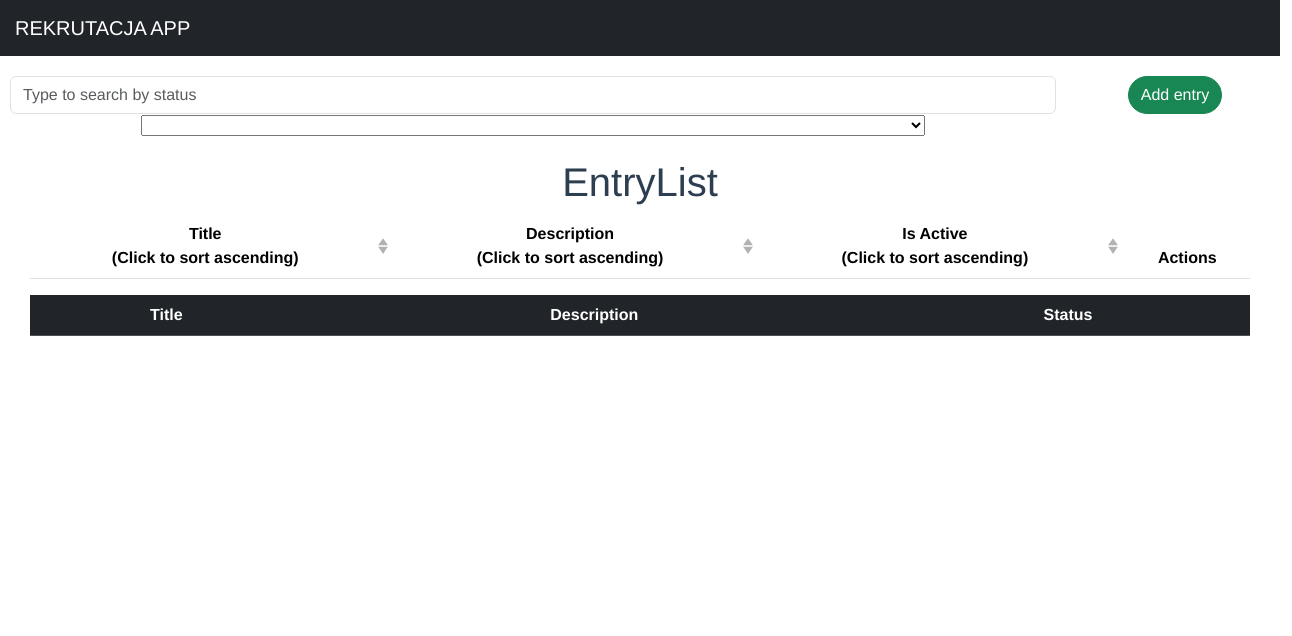
Repository: Madaless/vue_elastic
Page: / (app in vuejsapp/crudapp/)
An editor plug-in stored every save of this project. The page is shown before and after the next save, followed by the edit.
The browser window is 1280 px wide. The page is 1292 px wide, so the pictures cover 1292 px, including what lies to the right of the window. The pictures show the whole page.
The page's requests for data from a server got no answer. The project was rebuilt for these pictures with package versions that can differ from the ones it lists, and the page was loaded fresh each time. No one was signed in, and anything a server would have sent is missing.

Above is the page before, as saved 2021-09-12 17:25:00.

### vuejsapp/crudapp/src/main.js
import Vue from 'vue'
import App from './App.vue'
import store from  './store/index'
import { BootstrapVue, IconsPlugin } from 'bootstrap-vue'

// Import Bootstrap an BootstrapVue CSS files (order is important)
import 'bootstrap/dist/css/bootstrap.css'
import 'bootstrap-vue/dist/bootstrap-vue.css'

// Make BootstrapVue available throughout your project
Vue.use(BootstrapVue)
// Optionally install the BootstrapVue icon components plugin
Vue.use(IconsPlugin)

Vue.config.productionTip = false

new Vue({
  store,
  render: h => h(App),
}).$mount('#app')

### vuejsapp/crudapp/src/App.vue
<template>
  <div id="app">
    <b-navbar class="navbar navbar-expand navbar-dark bg-dark">
      <b-navbar-brand id="header" href="#">REKRUTACJA APP</b-navbar-brand>
    </b-navbar>

    <b-row id = "filterEntry">
      <b-col sm="10"><FilterEntry /></b-col>
      <b-col sm="2"><AddEntry /></b-col>
    </b-row>

    <EntryList />
  </div>
</template>

<script>
import AddEntry from "./components/AddEntry.vue";
import FilterEntry from "./components/FilterEntry.vue";
import EntryList from "./components/EntryList.vue";

export default {
  name: "App",
  components: {
    AddEntry,
    FilterEntry,
    EntryList,
  },
};
</script>

<style>
#app {
  font-family: Avenir, Helvetica, Arial, sans-serif;
  -webkit-font-smoothing: antialiased;
  -moz-osx-font-smoothing: grayscale;
  text-align: center;
  color: #2c3e50;
}
#header {
  padding-left: 15px;
}

#filterEntry {
    padding-top: 20px;
    padding-bottom: 20px;
    padding-left: 10px;
    padding-right: 10px;
}
</style>

### vuejsapp/crudapp/src/store/index.js
import Vuex from 'vuex';
import Vue from 'vue';
import entryList from './modules/entryList';

Vue.use(Vuex);

export default new Vuex.Store({
    modules: {
        entryList
    }
})

### vuejsapp/crudapp/src/components/AddEntry.vue
<template>
  <div>
    <b-button pill block variant="success">Add entry</b-button>
  </div>
</template>

<script>
export default {
  setup() {},
};
</script>

<style scoped>
</style>

### vuejsapp/crudapp/src/components/FilterEntry.vue
<template>
  <div>
    <b-form-input
      id="filter-input"
      v-model="filter"
      type="search"
      placeholder="Type to search by status"
    ></b-form-input>

    <b-form-select
      id="sort-by-select"
      v-model="sortBy"
      :options="sortOptions"
      :aria-describedby="ariaDescribedby"
      class="w-75">
      <template #first>
        <option value="">-- none --</option>
      </template>
    </b-form-select>

  </div>
</template>

<script>
export default {
  setup() {},
  data() {
      return {
          sortOptions: ["no","yes"]
      }
  }
};
</script>

<style scoped>
</style>

### vuejsapp/crudapp/src/components/EntryList.vue
<template>
  <div id="entryList">
    <h1>EntryList</h1>

    <div class="todos">
      <b-table :items="entryList" :fields="fields">
        <template #cell(name)="row">
          {{ row.value.first }} {{ row.value.last }}
        </template>

        <template #cell(actions)="row">
          <b-button
            pill
            size="sm"
            @click="info(row.item, row.index, $event.target)"
            class="mr-1"
          >
            Info modal
          </b-button>
          <b-button size="sm" pill @click="row.toggleDetails">
            {{ row.detailsShowing ? "Hide" : "Show" }} Details
          </b-button>
          <b-button size="sm" pill block variant="danger"
            >Delete entry</b-button>
        </template>

        <template #row-details="row">
          <b-card>
            <ul>
              <li v-for="(value, key) in row.item" :key="key">
                {{ key }}: {{ value }}
              </li>
            </ul>
          </b-card>
        </template>
      </b-table>
      <table class="table table-striped table-dark">
        <thead>
          <tr>
            <th>Title</th>
            <th>Description</th>
            <th>Status</th>
          </tr>
        </thead>
        <tbody>
          <tr v-for="entry in entryList" v-bind:key="entry.key">
            <td>{{ entry.title }}</td>
          </tr>
        </tbody>
      </table>
    </div>
  </div>
</template>

<script>
import { mapGetters, mapActions } from "vuex";

export default {
  name: "EntryList",
  methods: {
    ...mapActions(["fetchEntryList"]),
  },
  computed: mapGetters(["entryList"]),
  created() {
    this.fetchEntryList();
  },
  data() {
    return {
      items: [
        {
          isActive: true,
          age: 40,
          name: { first: "Dickerson", last: "Macdonald" },
        },
        { isActive: false, age: 21, name: { first: "Larsen", last: "Shaw" } },
        {
          isActive: false,
          age: 9,
          name: { first: "Mini", last: "Navarro" },
          _rowVariant: "success",
        },
        { isActive: false, age: 89, name: { first: "Geneva", last: "Wilson" } },
        { isActive: true, age: 38, name: { first: "Jami", last: "Carney" } },
        { isActive: false, age: 27, name: { first: "Essie", last: "Dunlap" } },
        { isActive: true, age: 40, name: { first: "Thor", last: "Macdonald" } },
        {
          isActive: true,
          age: 87,
          name: { first: "Larsen", last: "Shaw" },
          _cellVariants: { age: "danger", isActive: "warning" },
        },
        { isActive: false, age: 26, name: { first: "Mitzi", last: "Navarro" } },
        {
          isActive: false,
          age: 22,
          name: { first: "Genevieve", last: "Wilson" },
        },
        { isActive: true, age: 38, name: { first: "John", last: "Carney" } },
        { isActive: false, age: 29, name: { first: "Dick", last: "Dunlap" } },
      ],
      fields: [
        {
          key: "title",
          label: "Title",
          sortable: true,
          sortDirection: "desc",
        },
        {
          key: "description",
          label: "Description",
          sortable: true,
          class: "text-center",
        },
        {
          key: "isActive",
          label: "Is Active",
          formatter: (value) => {
            return value ? "Yes" : "No";
          },
          sortable: true,
          sortByFormatted: true,
          filterByFormatted: true,
        },
        { key: "actions", label: "Actions" },
      ],
    };
  },
};
</script>

<style scoped>
#entryList {
  padding-left: 30px;
  padding-right: 30px;
}
</style>

### vuejsapp/crudapp/src/store/modules/entryList.js
import axios from 'axios';

const state = {
  entryList: []
};
// get the state
const getters = {
  entryList: (state) => {
    return state.entryList
  }
};

const actions = {
    // fetch from api
  async fetchEntryList({ commit }) {
    const response = await axios.get('https://jsonplaceholder.typicode.com/todos');

    commit('setEntryList', response.data);
  }
}

const mutations = {
    setEntryList: (state, entryList) => (state.entryList = entryList)
};

export default {
    state,
    getters,
    actions,
    mutations
};

Loaded but not shown: vuejsapp/crudapp/public/index.html (common file)

After the next save:
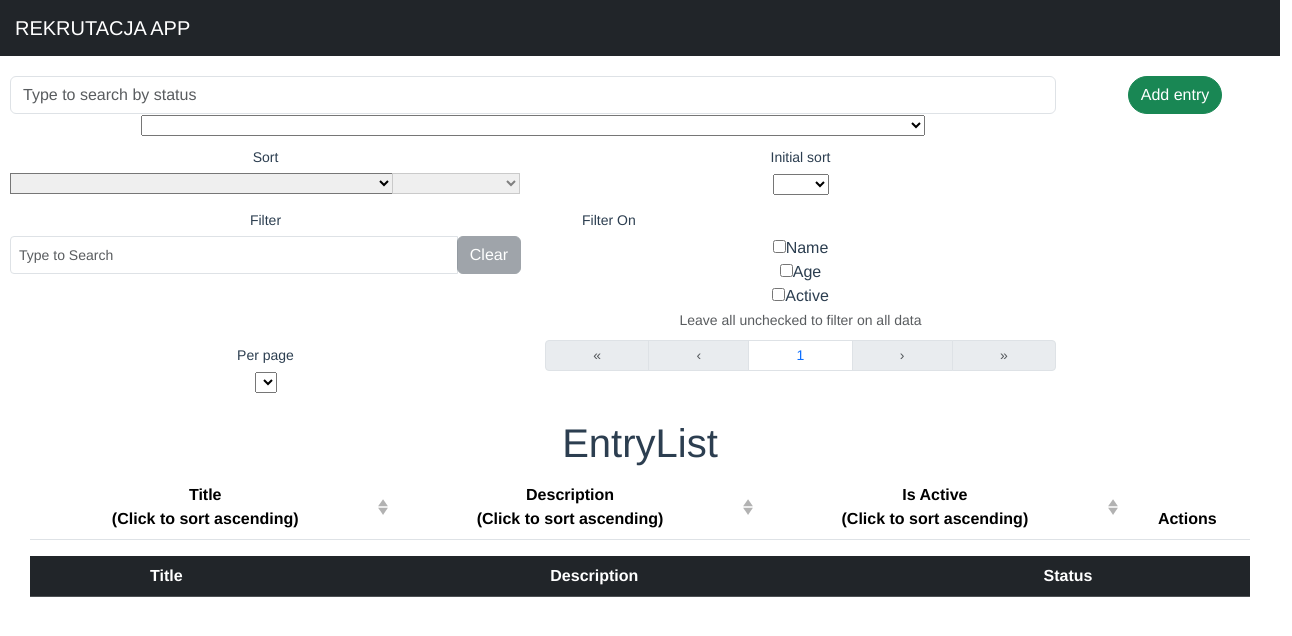
Saved 2 min 4 s later.
--- a/vuejsapp/crudapp/src/components/FilterEntry.vue
+++ b/vuejsapp/crudapp/src/components/FilterEntry.vue
@@ -18,6 +18,141 @@
       </template>
     </b-form-select>
 
+        <b-row>
+      <b-col lg="6" class="my-1">
+        <b-form-group
+          label="Sort"
+          label-for="sort-by-select"
+          label-cols-sm="3"
+          label-align-sm="right"
+          label-size="sm"
+          class="mb-0"
+          v-slot="{ ariaDescribedby }"
+        >
+          <b-input-group size="sm">
+            <b-form-select
+              id="sort-by-select"
+              v-model="sortBy"
+              :options="sortOptions"
+              :aria-describedby="ariaDescribedby"
+              class="w-75"
+            >
+              <template #first>
+                <option value="">-- none --</option>
+              </template>
+            </b-form-select>
+
+            <b-form-select
+              v-model="sortDesc"
+              :disabled="!sortBy"
+              :aria-describedby="ariaDescribedby"
+              size="sm"
+              class="w-25"
+            >
+              <option :value="false">Asc</option>
+              <option :value="true">Desc</option>
+            </b-form-select>
+          </b-input-group>
+        </b-form-group>
+      </b-col>
+
+      <b-col lg="6" class="my-1">
+        <b-form-group
+          label="Initial sort"
+          label-for="initial-sort-select"
+          label-cols-sm="3"
+          label-align-sm="right"
+          label-size="sm"
+          class="mb-0"
+        >
+          <b-form-select
+            id="initial-sort-select"
+            v-model="sortDirection"
+            :options="['asc', 'desc', 'last']"
+            size="sm"
+          ></b-form-select>
+        </b-form-group>
+      </b-col>
+
+      <b-col lg="6" class="my-1">
+        <b-form-group
+          label="Filter"
+          label-for="filter-input"
+          label-cols-sm="3"
+          label-align-sm="right"
+          label-size="sm"
+          class="mb-0"
+        >
+          <b-input-group size="sm">
+            <b-form-input
+              id="filter-input"
+              v-model="filter"
+              type="search"
+              placeholder="Type to Search"
+            ></b-form-input>
+
+            <b-input-group-append>
+              <b-button :disabled="!filter" @click="filter = ''">Clear</b-button>
+            </b-input-group-append>
+          </b-input-group>
+        </b-form-group>
+      </b-col>
+
+      <b-col lg="6" class="my-1">
+        <b-form-group
+          v-model="sortDirection"
+          label="Filter On"
+          description="Leave all unchecked to filter on all data"
+          label-cols-sm="3"
+          label-align-sm="right"
+          label-size="sm"
+          class="mb-0"
+          v-slot="{ ariaDescribedby }"
+        >
+          <b-form-checkbox-group
+            v-model="filterOn"
+            :aria-describedby="ariaDescribedby"
+            class="mt-1"
+          >
+            <b-form-checkbox value="name">Name</b-form-checkbox>
+            <b-form-checkbox value="age">Age</b-form-checkbox>
+            <b-form-checkbox value="isActive">Active</b-form-checkbox>
+          </b-form-checkbox-group>
+        </b-form-group>
+      </b-col>
+
+      <b-col sm="5" md="6" class="my-1">
+        <b-form-group
+          label="Per page"
+          label-for="per-page-select"
+          label-cols-sm="6"
+          label-cols-md="4"
+          label-cols-lg="3"
+          label-align-sm="right"
+          label-size="sm"
+          class="mb-0"
+        >
+          <b-form-select
+            id="per-page-select"
+            v-model="perPage"
+            :options="pageOptions"
+            size="sm"
+          ></b-form-select>
+        </b-form-group>
+      </b-col>
+
+      <b-col sm="7" md="6" class="my-1">
+        <b-pagination
+          v-model="currentPage"
+          :total-rows="totalRows"
+          :per-page="perPage"
+          align="fill"
+          size="sm"
+          class="my-0"
+        ></b-pagination>
+      </b-col>
+    </b-row>
+
   </div>
 </template>
 
